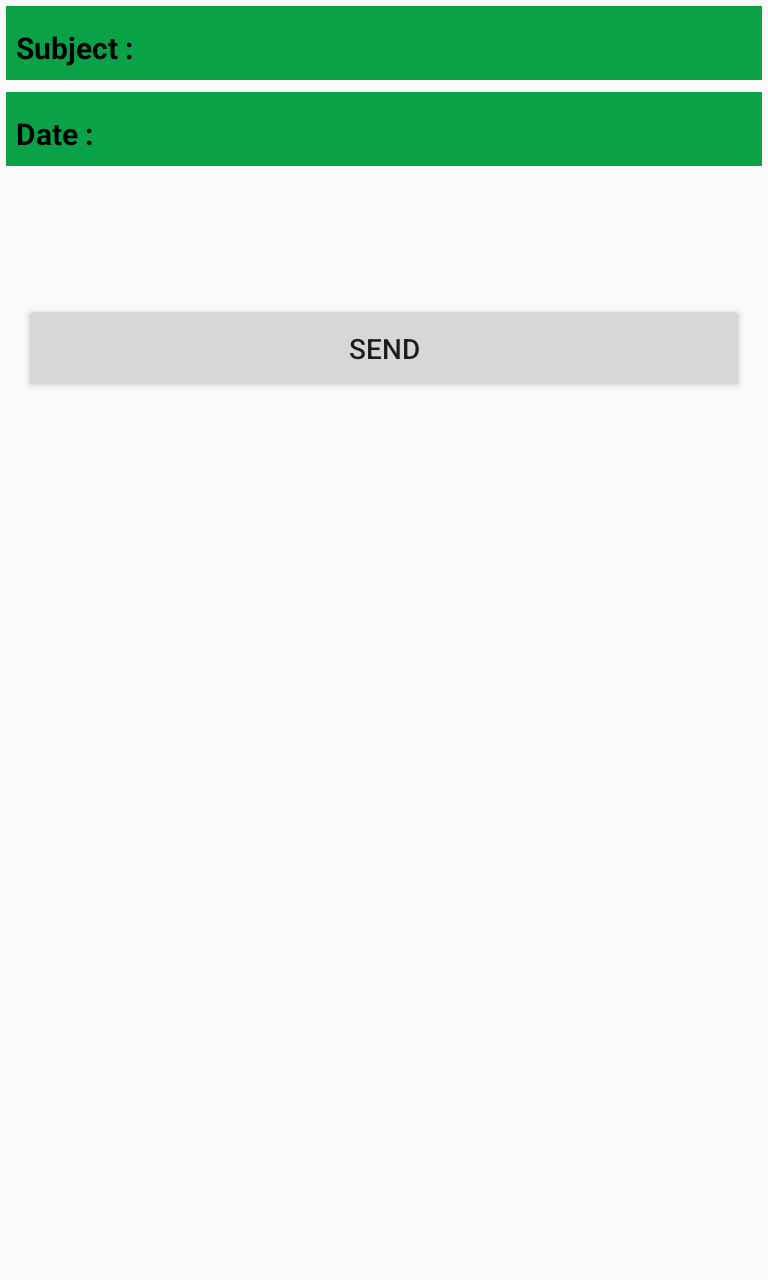
Repository: iguardian2015/iguardian-litchi
Layout: iguardian/res/layout/activity_assignment_view.xml
The author's editor kept a copy of each file at every save. The layout is drawn from the files as they stood at one save, then again after the next save.
It is drawn on a 768 x 1280 px phone screen (xhdpi) without system bars, with theme AppTheme; the app's code is not run.

Above is the layout before, as saved 2015-01-03 15:16:33.

### iguardian/res/layout/activity_assignment_view.xml
<?xml version="1.0" encoding="utf-8"?>
<ScrollView xmlns:android="http://schemas.android.com/apk/res/android"
    android:layout_width="fill_parent"
    android:layout_height="fill_parent" >

    <LinearLayout
        android:layout_width="fill_parent"
        android:layout_height="fill_parent"
        android:orientation="vertical" >

        <LinearLayout
            android:layout_width="match_parent"
            android:layout_height="wrap_content"
            android:layout_margin="3dp"
            android:background="#0AA247"
            android:orientation="horizontal" >

            <TextView
                android:id="@+id/subject"
                android:layout_width="wrap_content"
                android:layout_height="wrap_content"
                android:padding="5dp"
                android:text="Subject :"
                android:textAppearance="?android:attr/textAppearanceLarge"
                android:textColor="#000000"
                android:textSize="15dp"
                android:textStyle="bold" />

            <TextView
                android:id="@+id/assignment_subject"
                android:layout_width="wrap_content"
                android:layout_height="wrap_content"
                android:padding="5dp"
                android:textAppearance="?android:attr/textAppearanceLarge"
                android:textColor="#000000"
                android:textSize="20dp"
                android:textStyle="italic" />
        </LinearLayout>

        <LinearLayout
            android:layout_width="match_parent"
            android:layout_height="wrap_content"
            android:layout_margin="3dp"
            android:background="#0AA247"
            android:orientation="horizontal" >

            <TextView
                android:id="@+id/date"
                android:layout_width="wrap_content"
                android:layout_height="wrap_content"
                android:padding="5dp"
                android:text="Date :"
                android:textAppearance="?android:attr/textAppearanceLarge"
                android:textColor="#000000"
                android:textSize="15dp"
                android:textStyle="bold" />

            <TextView
                android:id="@+id/assignment_date"
                android:layout_width="wrap_content"
                android:layout_height="wrap_content"
                android:padding="5dp"
                android:textAppearance="?android:attr/textAppearanceLarge"
                android:textColor="#000000"
                android:textSize="20dp"
                android:textStyle="italic" />
        </LinearLayout>


        <ScrollView
            android:layout_width="wrap_content"
            android:layout_height="wrap_content"
            android:layout_weight="1" >

            <TextView
                android:id="@+id/assignment"
                android:layout_width="match_parent"
                android:layout_height="wrap_content"
                android:layout_margin="8dp"
                android:padding="5dp"
                android:paddingTop="10dp"
                android:textAppearance="?android:attr/textAppearanceLarge"
                android:textColor="#525250"
                android:textSize="20dp"
                android:textStyle="italic" />
        </ScrollView>

        <LinearLayout
            android:layout_width="match_parent"
            android:layout_height="wrap_content"
            android:layout_margin="3dp"
            android:orientation="horizontal" >

            <Button
                android:id="@+id/download"
                android:layout_width="match_parent"
                android:layout_height="wrap_content"
                android:layout_margin="8dp"
                android:text="Send" />
        </LinearLayout>
    </LinearLayout>

</ScrollView>

### iguardian/res/values/styles.xml
<resources>

    <!--
        Base application theme, dependent on API level. This theme is replaced
        by AppBaseTheme from res/values-vXX/styles.xml on newer devices.
    -->
    <style name="AppBaseTheme" parent="Theme.AppCompat.Light">
        <!--
            Theme customizations available in newer API levels can go in
            res/values-vXX/styles.xml, while customizations related to
            backward-compatibility can go here.
        -->
    </style>

    <!-- Application theme. -->
    <style name="AppTheme" parent="AppBaseTheme">
        <!-- All customizations that are NOT specific to a particular API-level can go here. -->
    </style>

    <style name="DefaultButtonText">
       <item name="android:layout_width">fill_parent</item>
        <item name="android:layout_height">wrap_content</item>
        <item name="android:textColor">#FFFFFF</item>
        <item name="android:gravity">center</item>
        <item name="android:layout_margin">3dp</item>
        <item name="android:textStyle">normal</item>
        <item name="android:textSize">20sp</item>
        <item name="android:shadowColor">#f9f9f9</item>
        <item name="android:shadowDx">1</item>
        <item name="android:shadowDy">1</item>
        <item name="android:shadowRadius">1</item>
    </style>

    <style name="btnStyleBeige" parent="@android:style/Widget.Button">
       <item name="android:textSize">15sp</item>
       <item name="android:textStyle">bold</item>
       <item name="android:textColor">#5d6153</item>
       <item name="android:gravity">center</item>
       <item name="android:shadowColor">#000000</item>
       <item name="android:shadowDx">1</item>
       <item name="android:shadowDy">1</item>
       <item name="android:shadowRadius">0.6</item>
       <item name="android:background">@drawable/custom_button</item>
       <item name="android:padding">10dip</item>
   </style>

</resources>

Loaded but not shown: iguardian/res/values-v11/styles.xml (common file); iguardian/res/values-v14/styles.xml (common file)

After the next save:
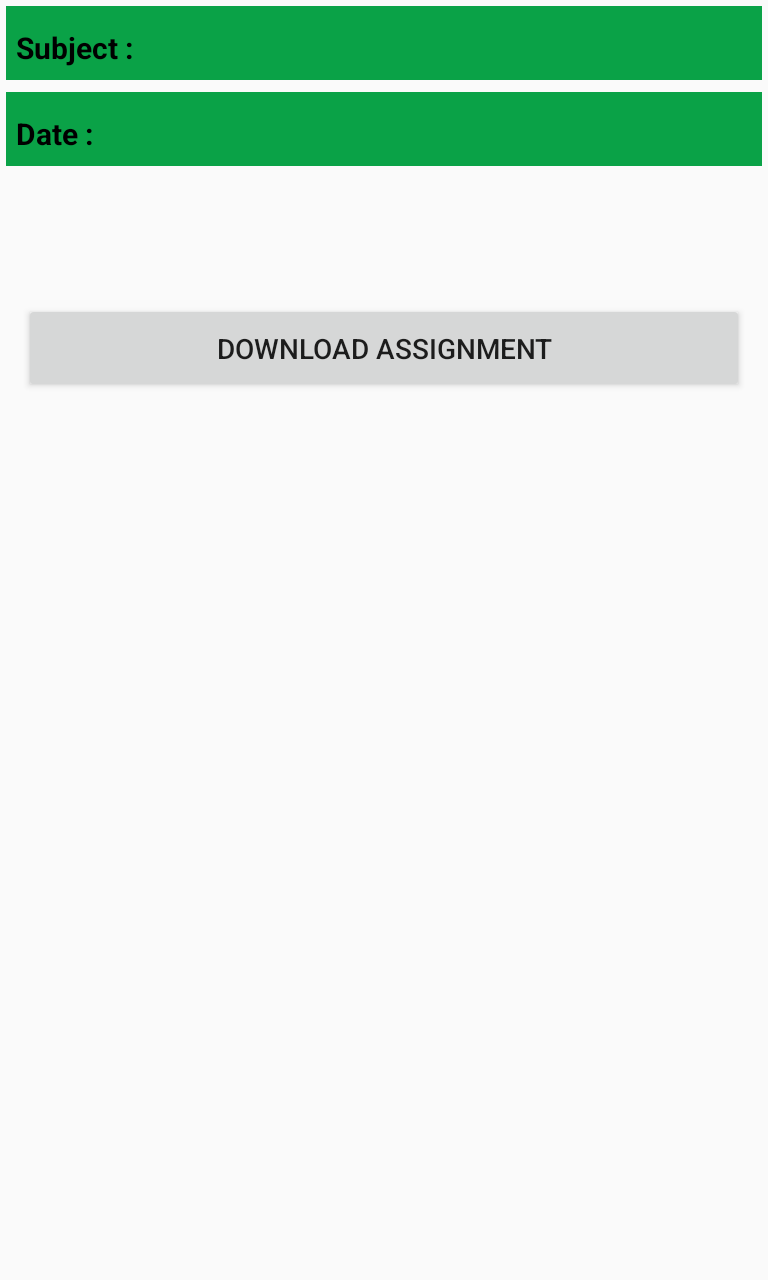
Saved 21 s later.
--- a/iguardian/res/layout/activity_assignment_view.xml
+++ b/iguardian/res/layout/activity_assignment_view.xml
@@ -96,7 +96,7 @@
                 android:layout_width="match_parent"
                 android:layout_height="wrap_content"
                 android:layout_margin="8dp"
-                android:text="Send" />
+                android:text="Download Assignment" />
         </LinearLayout>
     </LinearLayout>
 
